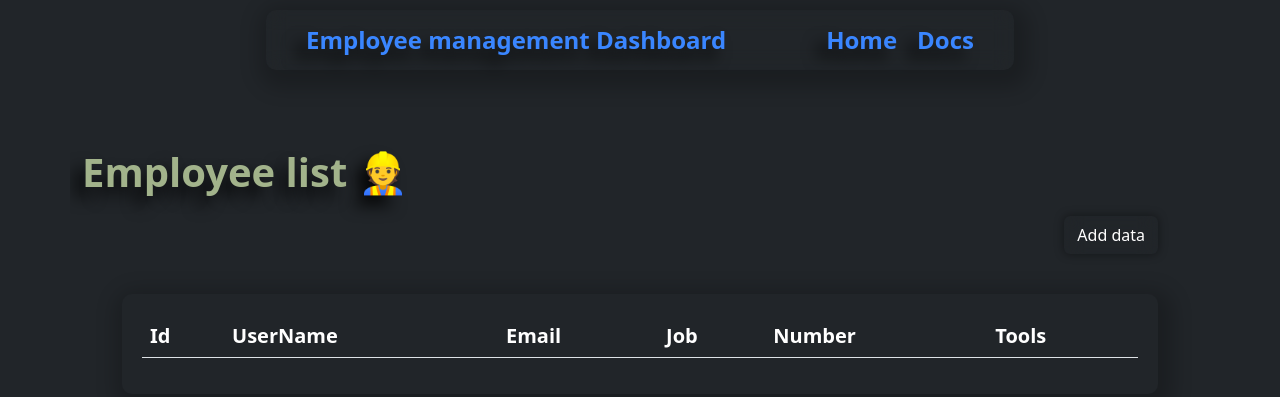
Repository: iamevs/Employee-Management-System
Page: /home (app in client/)
These files come from the project's save history. The page is drawn as it stood at one moment and after the next save; the edit follows.
The browser window is 1280 px wide. The pictures show the whole page.
The page's requests for data from a server got no answer. The project was rebuilt for these pictures with package versions that can differ from the ones it lists, and the page was loaded fresh each time. No one was signed in, and anything a server would have sent is missing. Also part of the build but not shown: client/vite.config.js, client/src/components/Register.jsx, client/src/components/Edit.jsx, client/src/components/Hero.jsx. Imported but missing from the stored project, and not drawn on this page: client/src/components/Details.

Above is the page before, as saved 2022-11-29 00:32:59.

### client/index.html
<html lang="en">
  <head>
    <meta charset="UTF-8" />
    <link rel="icon" type="image/svg+xml" href="/vite.svg" />
    <meta name="viewport" content="width=device-width, initial-scale=1.0" />
    <title>employee-management</title>
  </head>
  <body>
    <div id="root"></div>
    <script type="module" src="/src/main.jsx"></script>
  </body>
</html>

### client/src/main.jsx
import React, { StrictMode } from 'react';
import ReactDOM from 'react-dom';
import { createRoot } from "react-dom/client";
import './index.css';
import App from './App';
import { BrowserRouter } from "react-router-dom"
import ContextProvider from "./components/context/ContextProvider";
// root.render(
//   <StrictMode>
//   <ContextProvider>
//     <BrowserRouter>
//       <App />
//     </BrowserRouter>
//   </ContextProvider>
//   </StrictMode>
//   ,
//   document.getElementById('root')
// );


createRoot(document.getElementById('root')).render(
  <ContextProvider>
    <BrowserRouter>
      <App />
    </BrowserRouter>
  </ContextProvider>
)

### client/src/index.css
body {
  margin: 0;
  font-family: -apple-system, BlinkMacSystemFont, 'Segoe UI', 'Roboto', 'Oxygen',
    'Ubuntu', 'Cantarell', 'Fira Sans', 'Droid Sans', 'Helvetica Neue',
    sans-serif;
  -webkit-font-smoothing: antialiased;
  -moz-osx-font-smoothing: grayscale;
  background-color: #212529 !important;
  color: #fff !important;
}

code {
  font-family: source-code-pro, Menlo, Monaco, Consolas, 'Courier New',
    monospace;
}

.btns{
  display: flex;
  justify-content: space-between;
}

.btns > .tool, .tool{
  /* border: 1px solid #fff; */
  backdrop-filter: blur(10px);
  box-shadow: 0px 0px 9px 1px rgb(0 0 0 / 35%);
}

### client/src/App.jsx
import './App.css';
import "../node_modules/bootstrap/dist/css/bootstrap.min.css"
import "../node_modules/bootstrap/dist/js/bootstrap.bundle.min.js"
import Navbar from './components/Navbar';
import Home from './components/Home';
import Register from './components/Register';
import Edit from './components/Edit';
import Details from './components/Details';
import Hero from "./components/Hero.jsx";
import {Routes,Route} from "react-router-dom"




function App() {
  return (
   <>
    <Navbar />
    <Routes>
      <Route path="/" element={<Hero/>} />
      <Route  path="/home" element={<Home/>} />
      <Route exact path="/register" element={<Register/>} />
      <Route exact path="/edit/:id" element={<Edit/>} />
      <Route exact path="/view/:id" element={<Details/>} />
    </Routes>

   </>
  );
}

export default App;

### client/src/components/context/ContextProvider.jsx
import React, { createContext, useState } from 'react'


export const adddata = createContext("");
export const updatedata = createContext("");
export const deldata = createContext("");

const ContextProvider = ({ children }) => {

    const [udata, setUdata] = useState("");
    const [updata, setUPdata] = useState("");
    const [dltdata, setDLTdata] = useState("");


    return (
        <adddata.Provider value={{ udata, setUdata }}>
            <updatedata.Provider value={{ updata, setUPdata }}>
                <deldata.Provider value={{dltdata, setDLTdata}}>
                    {children}
                </deldata.Provider>

            </updatedata.Provider>

        </adddata.Provider>
    )
}

export default ContextProvider;

### client/src/App.css
.add_btn{
  text-align: right;
}

.container{
  overflow: auto;
}

.left_view h3{
  font-size: 21px;
}

.left_view p{
  font-weight: 600;
}

.left_view span{
  font-weight: 400;
}

.right_view p{
  font-weight: 600;
}


.right_view span{
  font-weight: 400;
}

### client/src/components/Navbar.jsx
import React from 'react'
import { NavLink } from 'react-router-dom'
import { Box, Stack } from "@mui/material";


const Navbar = () => {
    return (
        <Stack justifyContent={"center"} direction={"row"} marginTop={"10px"}>
            <Box justifyContent={"space-between"} alignItems={"center"} className="navbar navbar-expand-lg text-white" sx={{
                backgroundColor: "transparent",
                backdropFilter: "blur(10px) !important",
                position: "relative",
                color: "white",
                boxShadow: "4px 7px 20px 11px rgb(0 0 0 / 20%)",
                height: "60px",
                padding: "0 40px 0 40px",
                width: "auto",
                borderRadius: "10px"
            }}>
                <Box sx={{
                    fontSize: "1.5rem",
                    color: "#3a86ff",
                    fontWeight: "600",
                    textShadow: "-10px 10px 15px rgba(0, 0, 0, 0.8)",
                    marginRight: "100px"
                }}>Employee management Dashboard</Box>
                <Box direction={"row"}>
                    <a href="/home" style={{
                        fontSize: "1.5rem",
                        color: "#3a86ff",
                        fontWeight: "600",
                        textShadow: "-10px 10px 15px rgba(0, 0, 0, 0.8)",
                        textDecoration: "none",
                    }}>Home</a>
                    <a href="/" style={{
                        fontSize: "1.5rem",
                        color: "#3a86ff",
                        fontWeight: "600",
                        textShadow: "-10px 10px 15px rgba(0, 0, 0, 0.8)",
                        textDecoration: "none",
                        marginLeft: "20px"
                    }}>Docs</a>

                </Box>
            </Box>
        </Stack>
    )
}

export default Navbar

### client/src/components/Home.jsx
import React, { useState, useEffect, useContext } from 'react'
import ReadMoreRoundedIcon from '@mui/icons-material/ReadMoreRounded';
import NoteAltOutlinedIcon from '@mui/icons-material/NoteAltOutlined';
import DeleteOutlineIcon from '@mui/icons-material/DeleteOutline';
import { NavLink } from 'react-router-dom';
import { adddata, deldata } from './context/ContextProvider';
import { updatedata } from './context/ContextProvider'
import ReactTooltip from 'react-tooltip';

var getuserlink = "http://localhost:8001/getusers";


const Home = () => {

    const [getuserdata, setUserdata] = useState([]);

    console.log(getuserdata);

    const { udata, setUdata } = useContext(adddata);

    const { updata, setUPdata } = useContext(updatedata);

    const { dltdata, setDLTdata } = useContext(deldata);

    const getdata = async () => {

        const res = await fetch(getuserlink, {
            method: "GET",
            headers: {
                "Content-Type": "application/json"
            }
        });

        const data = await res.json();
        console.log(data);

        if (res.status === 422 || !data) {
            console.log("error ");

        } else {
            setUserdata(data)
            console.log("get data");

        }
    }

    useEffect(() => {
        getdata();
    }, [])

    const deleteuser = async (id) => {

        const res2 = await fetch(`/deleteuser/${id}`, {
            method: "DELETE",
            headers: {
                "Content-Type": "application/json"
            }
        });

        const deletedata = await res2.json();
        console.log(deletedata);

        if (res2.status === 422 || !deletedata) {
            console.log("error");
        } else {
            console.log("user deleted");
            setDLTdata(deletedata)
            getdata();
        }

    }


    return (

        <>
            {
                udata ?
                    <>
                        <div className="alert alert-success alert-dismissible fade show" role="alert">
                            <strong>{udata.name}</strong>  added succesfully!
                            <button type="button" className="btn-close" data-bs-dismiss="alert" aria-label="Close"></button>
                        </div>
                    </> : ""
            }
            {
                updata ?
                    <>
                        <div className="alert alert-success alert-dismissible fade show" role="alert">
                            <strong>{updata.name}</strong>  updated succesfully!
                            <button type="button" className="btn-close" data-bs-dismiss="alert" aria-label="Close"></button>
                        </div>
                    </> : ""
            }

            {
                dltdata ?
                    <>
                        <div className="alert alert-danger alert-dismissible fade show" role="alert">
                            <strong>{dltdata.name}</strong>  deleted succesfully!
                            <button type="button" className="btn-close" data-bs-dismiss="alert" aria-label="Close"></button>
                        </div>
                    </> : ""
            }


            <div className="mt-5">
                <div className="container">

                    <h2 style={{
                        marginTop: "30px",
                        fontSize: "2.5rem",
                        color: "#A2B38B",
                        fontWeight: "600",
                        marginBottom: "20px",
                        textShadow: "-10px 10px 15px rgba(0, 0, 0, 0.8)"
                    }}>Employee list <span style={{ fontSize: "40px" }}>👷</span> </h2>
                    <div className="add_btn mt-2 mb-2">
                        <NavLink to="/register" className="btn text-white tool" style={{marginRight: "40px"}}>Add data</NavLink>
                    </div>

                    <div className='table-responsive' style={{
                        backgroundColor: "transparent",
                        backdropFilter: "blur(10px) !important",
                        // position: "relative",
                        color: "white",
                        boxShadow: "4px 7px 20px 11px rgb(0 0 0 / 20%)",
                        borderRadius: "10px",
                        padding: "20px",
                        height: "auto",
                        margin: "40px"
                    }}>
                        <table class="table">
                            <thead>
                                <tr className="table text-white col-6" style={{
                                    fontSize: "20px",
                                }}>
                                    <th scope="col">Id</th>
                                    <th scope="col">UserName</th>
                                    <th scope="col">Email</th>
                                    <th scope="col">Job</th>
                                    <th scope="col">Number</th>
                                    <th scope="col">Tools</th>
                                </tr>
                            </thead>
                            <tbody>

                                {
                                    getuserdata.map((val, ind) => {
                                        return (
                                            <tr className='text-white'>
                                                <th scope="row">{ind + 1}</th>
                                                <td>{val.name}</td>
                                                <td>{val.email}</td>
                                                <td>{val.work}</td>
                                                <td>{val.mobile}</td>
                                                <td className='btns'>
                                                    <NavLink to={`/view/${val._id}`} className="btn text-white tool" data-tip="More Details"><ReadMoreRoundedIcon /></NavLink>
                                                    <NavLink to={`/update/${val._id}`} className="btn text-white tool" data-tip="Edit Details"><NoteAltOutlinedIcon /></NavLink>
                                                    <button onClick={() => deleteuser(val._id)} className="btn text-white tool" data-tip="Fire Employee"><DeleteOutlineIcon /></button>
                                                    <ReactTooltip />
                                                </td>
                                            </tr>
                                        )
                                    })
                                }
                            </tbody>
                        </table>
                    </div>
                </div>
            </div>
        </>
    )
}

export default Home

After the next save:
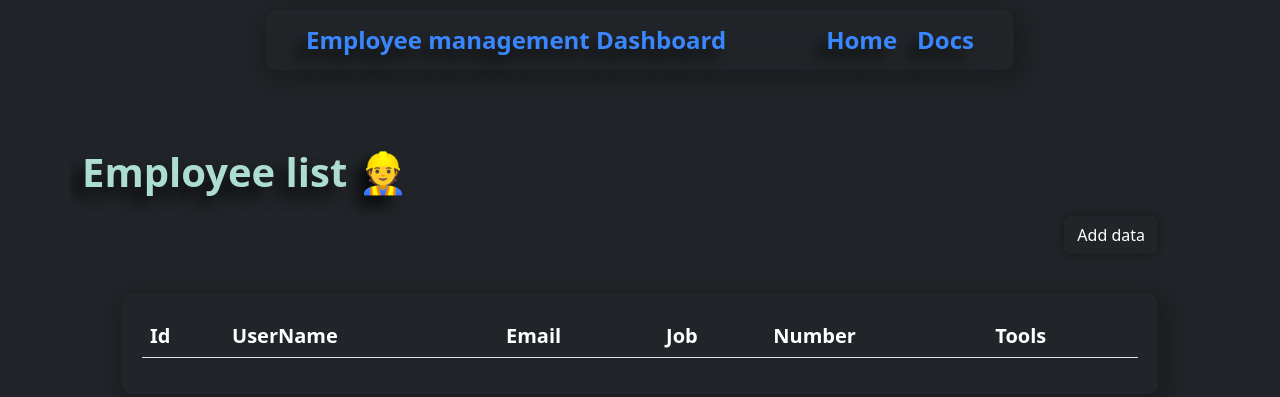
Saved 42 s later.
--- a/client/src/components/Home.jsx
+++ b/client/src/components/Home.jsx
@@ -110,7 +110,7 @@ const Home = () => {
                     <h2 style={{
                         marginTop: "30px",
                         fontSize: "2.5rem",
-                        color: "#A2B38B",
+                        color: "#ADDDD0",
                         fontWeight: "600",
                         marginBottom: "20px",
                         textShadow: "-10px 10px 15px rgba(0, 0, 0, 0.8)"
